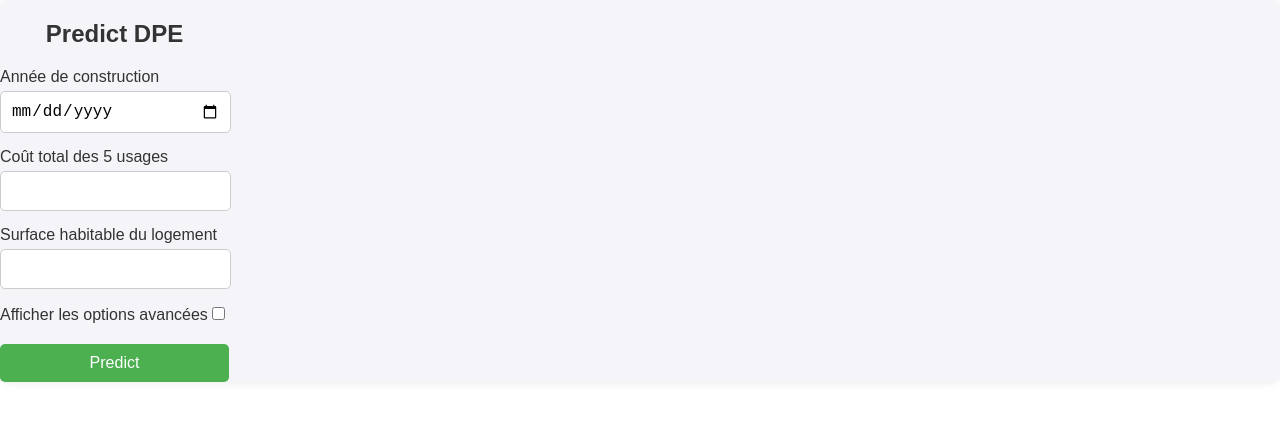
Repository: abdouAppcraft/Predict-DPE
Page: /
The author's editor kept a copy of each file at every save. The page is drawn from the files as they stood at one save, then again after a run of saves.
The browser window is 1280 px wide. The pictures show the whole page.
The page's requests for data from a server got no answer. The project was rebuilt for these pictures with package versions that can differ from the ones it lists, and the page was loaded fresh each time. No one was signed in, and anything a server would have sent is missing. Also part of the build but not shown: src/screens/Result/Result.tsx.

Above is the page before, as saved 2024-06-11 17:06:44.

### src/App.tsx
import React from "react";
import PredictForm from "./screens/PredictForm/PredictForm";
import { createBrowserRouter, RouterProvider } from "react-router-dom";
import Result from "./screens/Result/Result";

const router = createBrowserRouter([
  {
    path: "/",
    Component: PredictForm,
  },
  {
    path: "/result",
    Component: Result,
  },
]);

const App: React.FC = () => {
  return (
    <>
      <RouterProvider router={router} />
    </>
  );
};

export default App;

### src/screens/PredictForm/PredictForm.tsx
import React, { useState } from "react";
import { useNavigate } from "react-router-dom";
import { useDpeOptions } from "../../hooks/useDpeOptions";
import "./PredictForm.css";
import strings from "../../strings/string";
import axios from "axios";
import computeData from "../../utils/computeData";

type Field = {
  name: string;
  type: string;
};

const field: Field[] = [
  { name: "Annee_construction", type: "date" },
  { name: "Cout_total_5_usages", type: "number" },
  { name: "Surface_habitable_logement", type: "number" },
];

const advancedField: Field[] = [
  { name: "Qualite_isolation_enveloppe", type: "select" },
  { name: "Type_energie_principale_chauffage", type: "select" },
  { name: "Type_installation_chauffage", type: "select" },
  { name: "Code_postal_BAN", type: "address" },
  { name: "Conso_5_usages_e_finale", type: "number" },
  { name: "Conso_5_usagesm2_e_finale", type: "number" },
  { name: "Emission_GES_5_usages", type: "number" },
  { name: "Emission_GES_5_usages_par_m2", type: "number" },
  { name: "Cout_chauffage", type: "number" },
  { name: "Cout_ECS", type: "number" },
  { name: "Qualite_isolation_menuiseries", type: "select" },
];

const PredictForm: React.FC = () => {
  const [formData, setFormData] = useState<Record<string, any>>({});
  const [advancedOp, setAdvancedOp] = useState<boolean>(false);

  const [prediction, setPrediction] = useState<string | null>(null);
  const navigate = useNavigate();
  const options = useDpeOptions();

  console.log({ options });

  const handleChange = (
    e: React.ChangeEvent<HTMLInputElement | HTMLSelectElement>
  ) => {
    const { name, value, type } = e.target;
    if (type === "checkbox") {
      setFormData({
        ...formData,
        [name]: (e.target as HTMLInputElement).checked,
      });
    } else {
      setFormData({
        ...formData,
        [name]: value,
      });
    }
  };

  const handleSubmit = async (e: React.FormEvent) => {
    e.preventDefault();
    try {
      const response = await axios.post(
        "http://localhost:8000/",
        computeData(formData)
      );
      // console.log("Prediction Response:", response.data); // Ajoutez ce journal pour voir la réponse
      // setPrediction(response.data.predicted_DPE);
      if (response.data) {
        setPrediction(JSON.stringify(response.data));
      }
    } catch (error) {
      console.error("There was an error making the request:", error);
    }
  };

  const renderRow = (f: Field) => {
    switch (f.type) {
      case "select":
        return (
          <div className="form-group">
            <label>{strings[f.name as keyof typeof strings]}</label>
            <select
              name={f.name}
              value={formData[f.name]}
              onChange={handleChange}
              required
            >
              {options &&
                Object.hasOwn(options, f.name) &&
                options[f.name as keyof typeof options].map(
                  (option: string) => {
                    return <option>{option} </option>;
                  }
                )}
            </select>
          </div>
        );

      default:
        return (
          <>
            <div className="form-group">
              <label>{strings[f.name as keyof typeof strings]}</label>
              <input
                type={f.type}
                name={f.name}
                value={formData[f.name]}
                onChange={handleChange}
                required
              />
            </div>
          </>
        );
    }
  };

  return (
    <main className="predict-form">
      <section>
        <h1>Predict DPE</h1>
        <form onSubmit={handleSubmit}>
          {field.map((f) => renderRow(f))}
          <div
            className="form-group"
            style={{ display: "flex", alignItems: "baseline" }}
          >
            <label htmlFor="advancedField">
              {advancedOp
                ? "Masquer les Options avancées"
                : "Afficher les options avancées"}
            </label>
            <input
              type="checkbox"
              name="advancedField"
              checked={advancedOp}
              onChange={(e) => setAdvancedOp(!advancedOp)}
            />
          </div>
          {advancedOp && advancedField.map((f) => renderRow(f))}
          <button type="submit" className="submit-btn">
            Predict
          </button>
        </form>
      </section>
      {prediction && (
        <section>
          <h2>Predicted DPE: {prediction}</h2>
        </section>
      )}
    </main>
  );
};

export default PredictForm;

### src/hooks/useDpeOptions.tsx
import axios from "axios";
import { useEffect, useState } from "react";

type DPE_Options_Type = {
  Qualite_isolation_enveloppe: string[];
  Type_energie_principale_chauffage: string[];
  Type_installation_chauffage: string[];
  Qualite_isolation_menuiseries: string[];
};
export const useDpeOptions = () => {
  const [options, setOptions] = useState<DPE_Options_Type>();

  useEffect(() => {
    axios
      .get<DPE_Options_Type>("http://127.0.0.1:8000/dpe/options")
      .then((res) => {
        setOptions(res.data);
      });
  }, []);

  return options;
};

### src/screens/PredictForm/PredictForm.css
.predict-form {
    margin: 0;
    background-color: #f4f4f9;
    border-radius: 10px;
    box-shadow: 0 0 10px rgba(0, 0, 0, 0.1);
    font-family: Arial, sans-serif;
    display: flex;
    gap: 1rem;

    h1 {
        text-align: center;
        color: #333;
    }

    .form-group {
        margin-bottom: 15px;
    }

}




.form-group label {
    display: block;
    margin-bottom: 5px;
    color: #333;
}

.form-group input,
.form-group select {
    width: calc(100% - 20px);
    padding: 10px;
    border: 1px solid #ccc;
    border-radius: 5px;
    font-size: 16px;
}

.form-group input[type="checkbox"] {
    width: auto;
}

.submit-btn {
    width: 100%;
    padding: 10px;
    background-color: #4CAF50;
    color: white;
    border: none;
    border-radius: 5px;
    font-size: 16px;
    cursor: pointer;
    transition: background-color 0.3s ease;
}

.submit-btn:hover {
    background-color: #45a049;
}

h2 {
    text-align: center;
    color: #333;
    margin-top: 20px;
}

body {
    margin:  none;
}

### src/strings/string.ts
const strings = {
  Annee_construction: "Année de construction",
  Cout_total_5_usages: "Coût total des 5 usages",
  Surface_habitable_logement: "Surface habitable du logement",
  Qualite_isolation_enveloppe: "Qualité de l'isolation de l'enveloppe",
  Type_energie_principale_chauffage: "Type d'énergie principale de chauffage",
  Type_installation_chauffage: "Type d'installation de chauffage",
  Code_postal_BAN: "Code postal BAN",
  Conso_5_usages_e_finale: "Consommation des 5 usages en énergie finale",
  Conso_5_usagesm2_e_finale:
    "Consommation des 5 usages par m² en énergie finale",
  Emission_GES_5_usages: "Émission de GES des 5 usages",
  Emission_GES_5_usages_par_m2: "Émission de GES des 5 usages par m²",
  Cout_chauffage: "Coût du chauffage",
  Cout_ECS: "Coût de l'ECS",
  Qualite_isolation_menuiseries: "Qualité de l'isolation des menuiseries",
};

export default strings;

### src/utils/computeData.ts
const computeData = (data: Record<string, any>) => {
  const newData = { ...data };
  for (var key in data) {
    if (key === "Annee_construction") {
      newData[key] = new Date(data[key]).getFullYear;
    }
  }
  return newData;
};

export default computeData;

Loaded but not shown: public/index.html (common file); src/index.tsx (common file); src/index.css (common file); src/reportWebVitals.ts (common file)

After the next 4 saves:
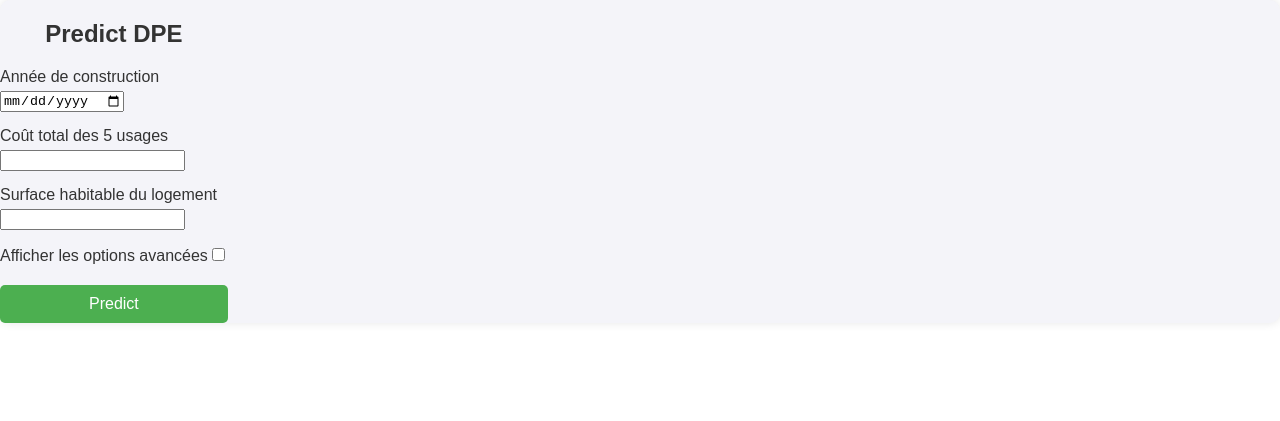
The 4 saves are shown as one change because they came seconds apart.
The last was saved 15 s later.
--- a/src/screens/PredictForm/PredictForm.css
+++ b/src/screens/PredictForm/PredictForm.css
@@ -14,6 +14,12 @@
 
     .form-group {
         margin-bottom: 15px;
+
+        label {
+            display: block;
+            margin-bottom: 5px;
+            color: #333;
+        }
     }
 
 }
@@ -21,11 +27,7 @@
 
 
 
-.form-group label {
-    display: block;
-    margin-bottom: 5px;
-    color: #333;
-}
+.form-group
 
 .form-group input,
 .form-group select {

After the save that followed:
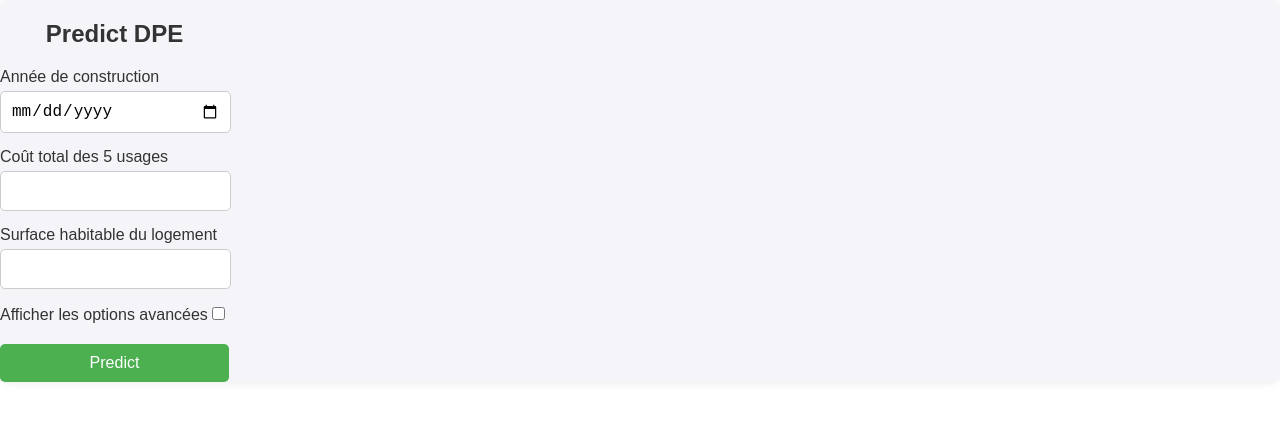
Saved 24 s later.
--- a/src/screens/PredictForm/PredictForm.css
+++ b/src/screens/PredictForm/PredictForm.css
@@ -27,7 +27,6 @@
 
 
 
-.form-group
 
 .form-group input,
 .form-group select {
